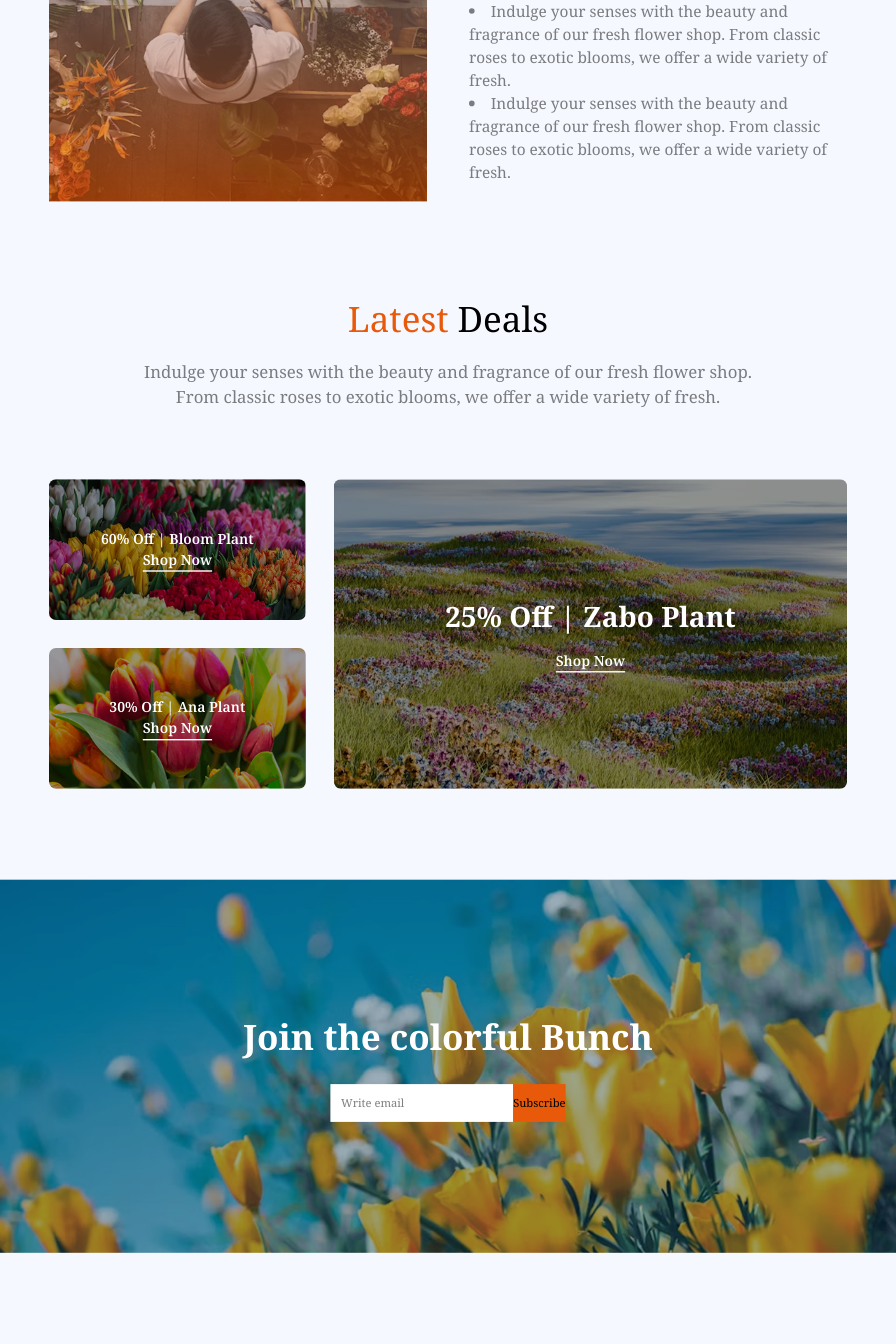
Repository: nahid-hasann/website-7
Page: index.html
An editor plug-in stored every save of this project. The page is shown before and after the next save, followed by the edit.
The browser window is 1280 px wide. The pictures show the part of the page from y = 2514 to 4434 px (the page is 4434 px tall), at 70% of full size.
Some web libraries are served in a nearby version.

Above is the page before, as saved 2025-07-24 21:22:25.

After the next save:
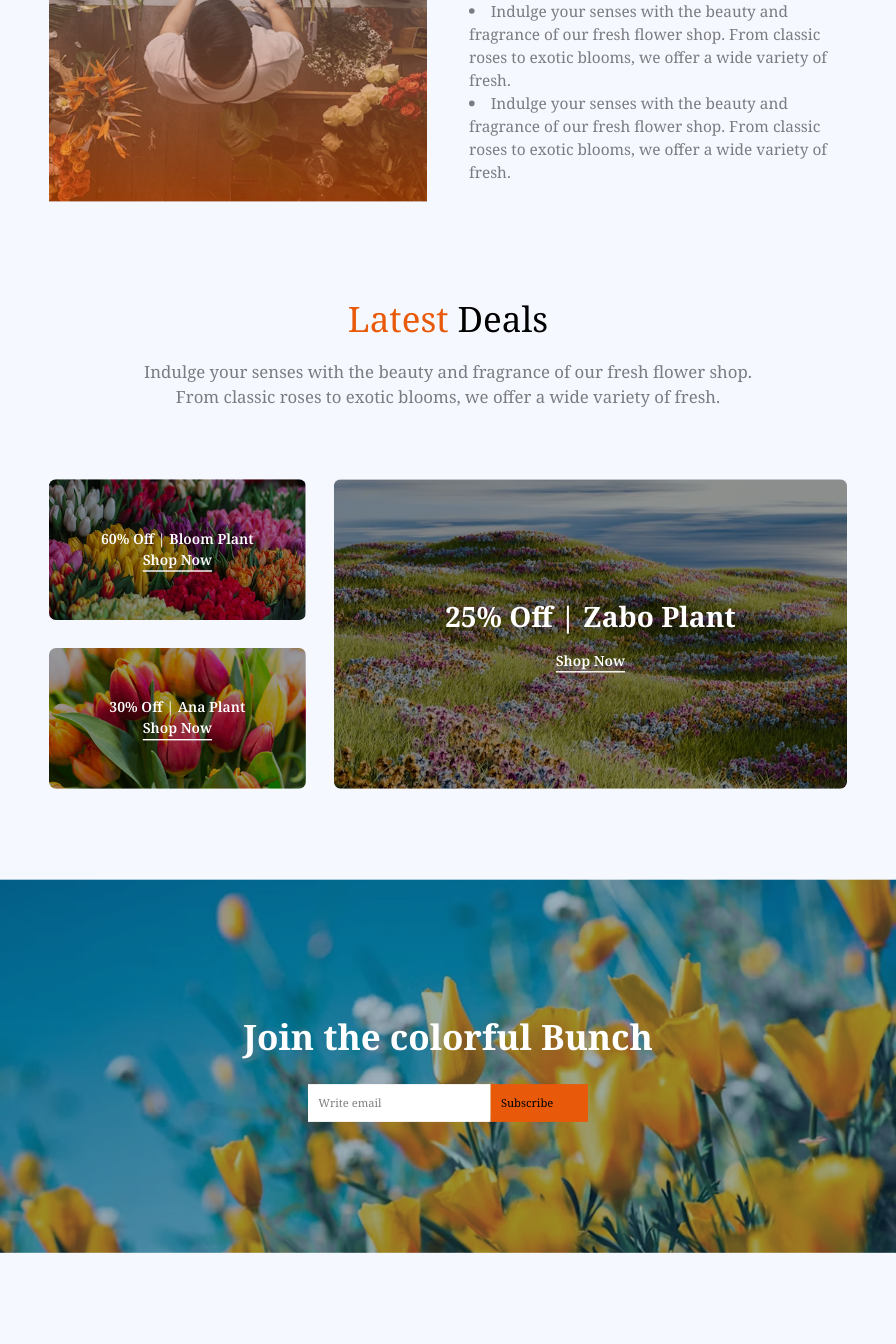
Saved 11 s later.
--- a/style.css
+++ b/style.css
@@ -314,7 +314,7 @@ nav{
 
 .btn-2{
     background-color: #e85a0a;
-    padding: ;
+    padding: 15px 50px 15px 15px ;
 }
 
 /* subscribe-section end  */
